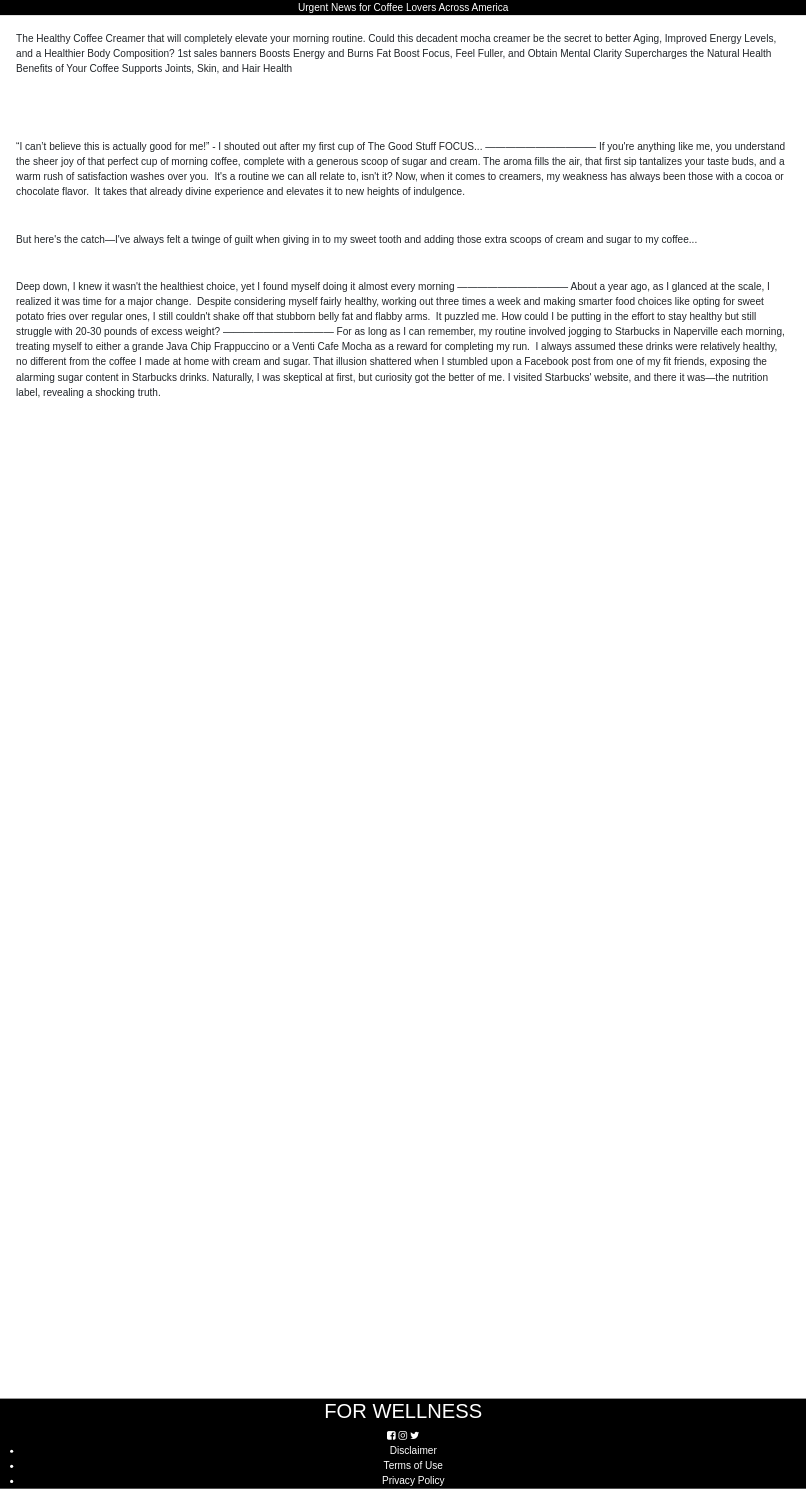
Repository: dariusprince90/wellness-landing
Page: index.html
An editor plug-in stored every save of this project. The page is shown before and after a run of saves, followed by the edit.
The browser window is 1280 px wide. The pictures show the whole page, at 63% of full size.

Above is the page before, as saved 2023-07-25 15:46:26.

After the next 2 saves:
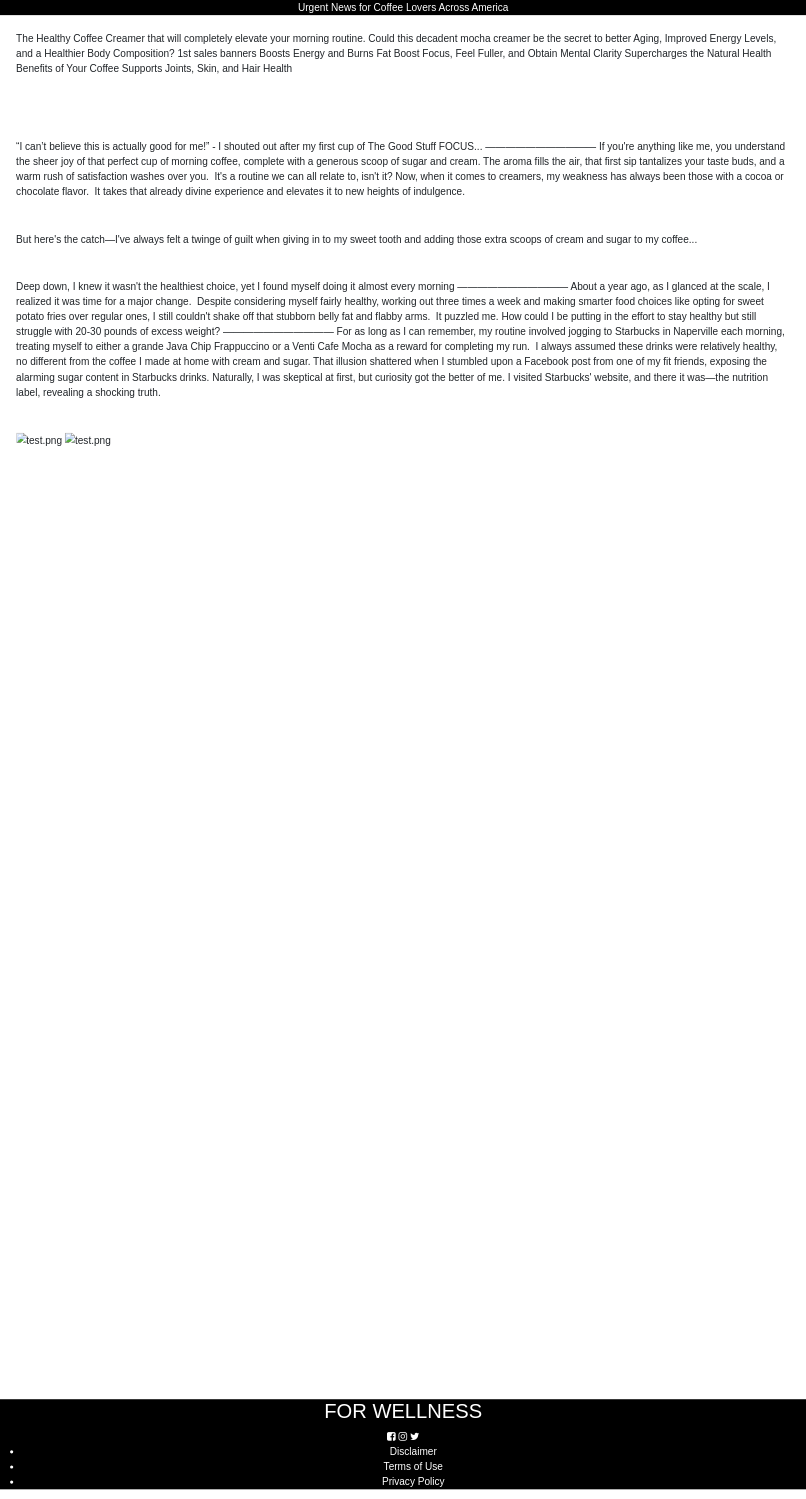
The 2 saves are shown as one change because they came seconds apart.
The last was saved 15 s later.
--- a/index.html
+++ b/index.html
@@ -105,7 +105,9 @@
 Naturally, I was skeptical at first, but curiosity got the better of me. I visited Starbucks' website, and there it was—the nutrition label, revealing a shocking truth.
     </section>
     <section class="s-005-text">
-        <img src=""/>
+        <img src=""/ alt="test.png">
+        <img src=""/ alt="test.png">
+
     </section>
     <section class="s-006-text">
     </section>
